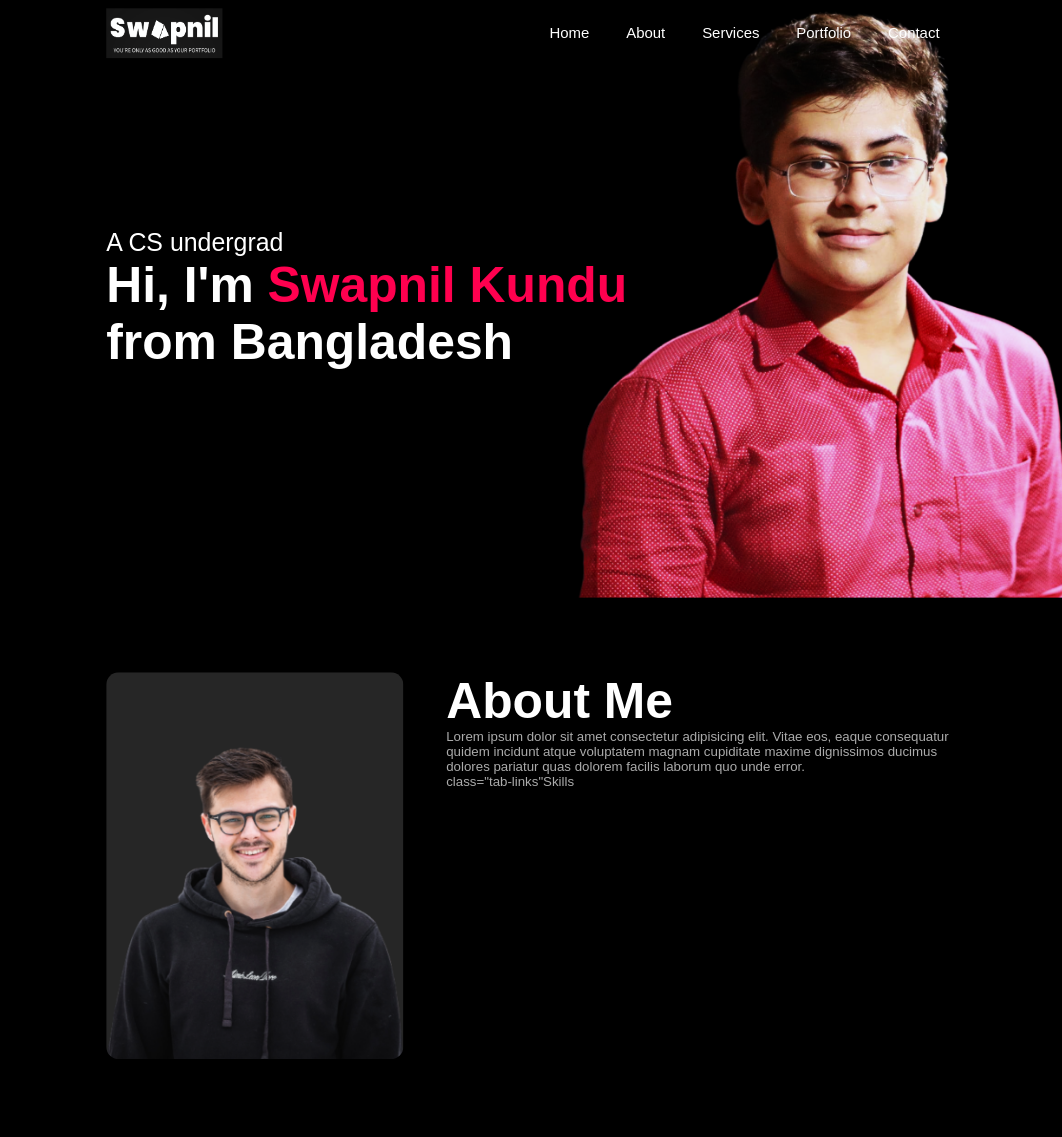
Repository: SwapnilKundu/portfolio
Page: index.html
These files come from the project's save history. The page is drawn as it stood at one moment and after the next save; the edit follows.
The browser window is 1280 px wide. The pictures show the whole page, at 83% of full size.

Above is the page before, as saved 2024-01-19 10:36:07.

### index.html
<!DOCTYPE html>
<html lang="en">
<head>
    <meta charset="UTF-8">
    <meta name="viewport" content="width=device-width, initial-scale=1.0">
    <title>Personal Portfolio Website</title>
    <link rel="stylesheet" href="style.css">
</head>
<body>
  <div id="header">
    <div class="container">
        <nav>
            <img src="images/logo1.png" class= "logo" width="40" height="60">
            <ul>
                <li><a href ="#">Home</a></li>
                <li><a href ="#">About</a></li>
                <li><a href ="#">Services</a></li>
                <li><a href ="#">Portfolio</a></li>
                <li><a href ="#">Contact</a></li>
            </ul>
        </nav>
        <div class="header-text">

            <p>A CS undergrad </p>
            <h1>Hi, I'm <span>Swapnil Kundu</span> <br> from Bangladesh</h1>
        </div>
    </div>
  </div>
  <div id ="about">
    <div class ="container">

        <div class ="row">
            <div class ="about-col-1">
                <img src="images/user.png">
            </div>
            <div class ="about-col-2">

                <h1 class ="sub-title">
                    About Me
                </h1>

                <p>
                    Lorem ipsum dolor sit amet consectetur adipisicing elit. Vitae eos, eaque consequatur quidem incidunt atque voluptatem magnam cupiditate maxime dignissimos ducimus dolores pariatur quas dolorem facilis laborum quo unde error.
                </p>
                <div class="tab-titles">

                    <p>
                        class="tab-links"Skills
                    </p>
                </div>
            </div>

        </div>
    </div>
  </div>
</body>
</html>

### style.css
*
{
    margin: 0;
    padding: 0;
    font-family: 'Poppins',sans-serif;
    box-sizing: border-box;
}

body
{
    background: #000;
    color: #fff;
}
#header
{
    width: 100%;
    height: 100vh;
    background-image: url(images/ccc2.png);
    background-size: cover;
    background-position: left;
    background-repeat: no-repeat;
    overflow: hidden;
}
.container
{
padding: 10px 10%;
}
nav{
    display: flex;
    align-items: center;
    justify-content: space-between;
    flex-wrap: wrap;
}
.logo{
    width: 140px;
}

nav ul li{
    display:inline-block;
    list-style: none;
    margin: 10px 20px;

}
nav ul li a{
    color: #fff;
    text-decoration:none ;
    font-size: 18px;
    position: relative;
}

nav ul li a::after
{
    content: '';
    width:0;
    height:3px;
    background:#ff004f;
    position: absolute;
    left: 0;
    bottom: -6px;
    transition: 0.5s;

}
nav ul li a:hover::after
{
    width:100%;
}
.header-text{
    margin-top: 20%;
    font-size: 30px;
}
.header-text h1
{
    font-size:60px;
}
.header-text h1 span
{
    color:#ff004f;
}

/*aboout*/
#about
{
    padding:80px 0;
    color:#ababab;
}
.row
{
    display: flex;
    justify-content: space-between;
    flex-wrap: wrap;
}

.about-col-1{
    flex-basis:35%;
}
.about-col-1 img
{
    width: 100%;
    border-radius: 15px;
}

.about-col-2
{
    flex-basis: 60%;
}

.sub-title
{
    font-size:60px;
    font-weight:600;
    color:#fff;
}

After the next save:
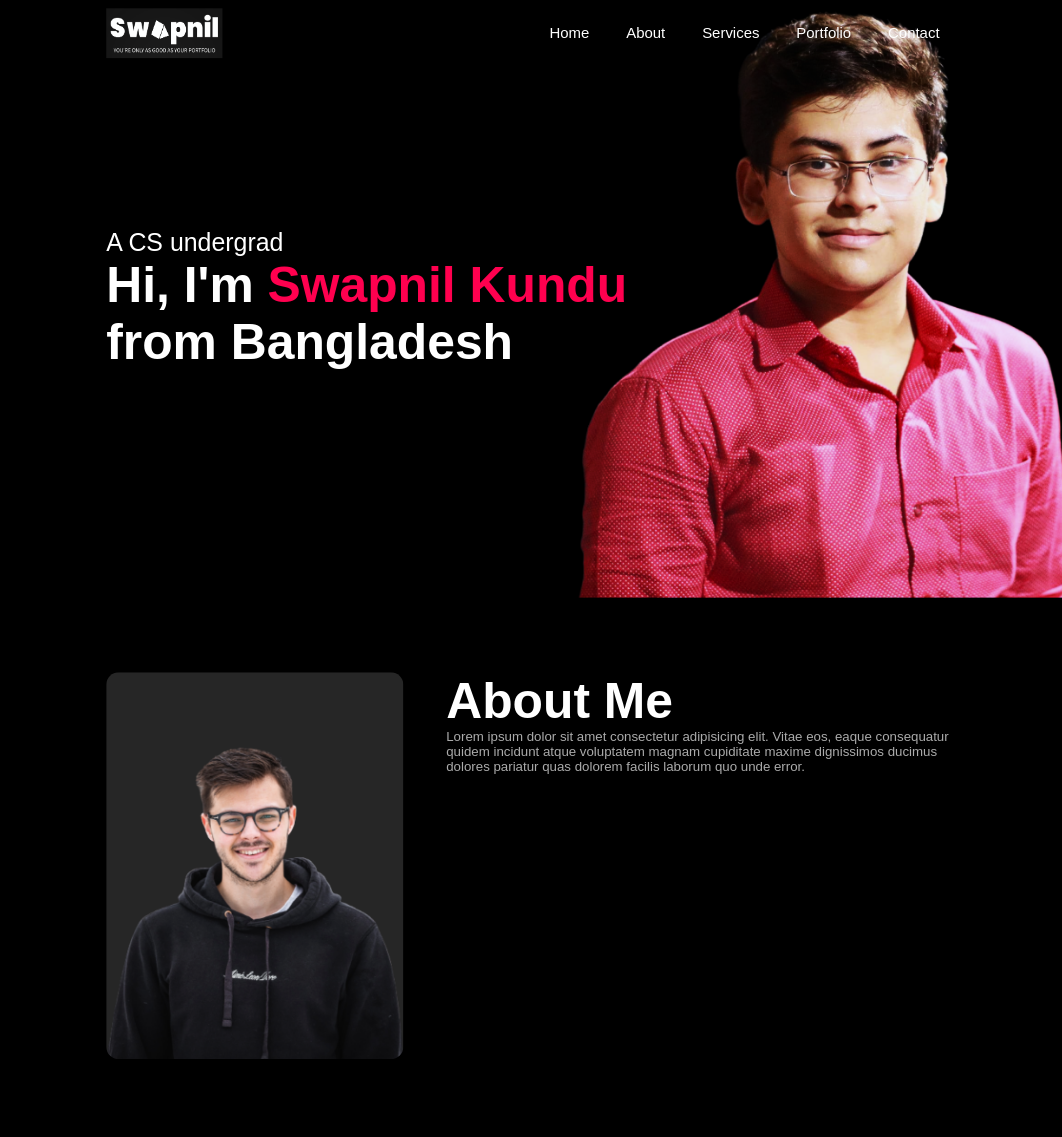
Saved 16 s later.
--- a/index.html
+++ b/index.html
@@ -44,7 +44,7 @@
                 </p>
                 <div class="tab-titles">
 
-                    <p>
+                    <p
                         class="tab-links"Skills
                     </p>
                 </div>
